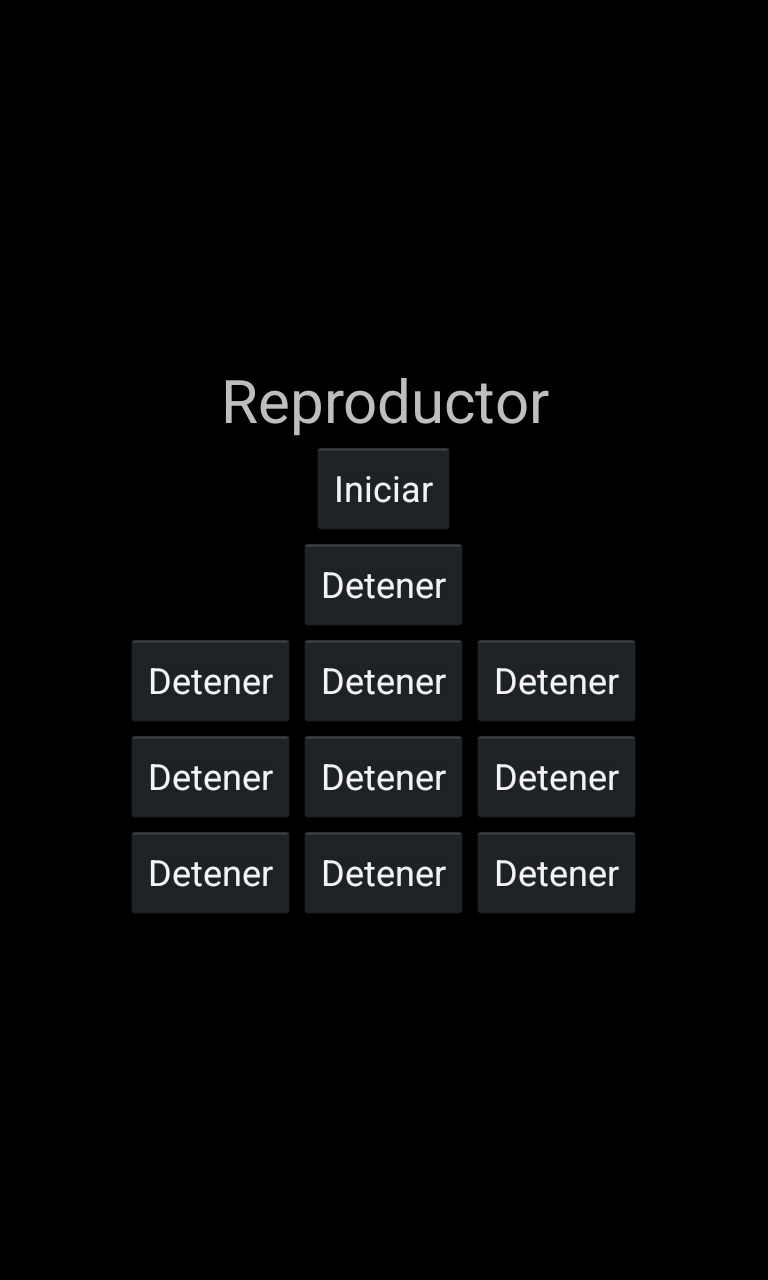
Repository: dorisserruto/un_exercises
Layout: javaandroid/Recursos/workspace-profe/lab13_player1/res/layout/main.xml
An editor plug-in stored every save of this project. The layout is shown before and after the next save, followed by the edit.
It is drawn on a 768 x 1280 px phone screen (xhdpi) without system bars, with theme android:Theme.Holo; the app's code is not run.

Above is the layout before, as saved 2012-06-24 16:52:56.

### javaandroid/Recursos/workspace-profe/lab13_player1/res/layout/main.xml
<?xml version="1.0" encoding="utf-8"?>
<LinearLayout xmlns:android="http://schemas.android.com/apk/res/android"
    android:layout_width="fill_parent"
    android:layout_height="fill_parent"
    android:gravity="center"
    android:orientation="vertical" >
    >


    <TextView
        android:layout_width="fill_parent"
        android:layout_height="wrap_content"
        android:gravity="center"
        android:text="Reproductor"
        android:textSize="30sp" />

    <Button
        android:id="@+id/btnStart"
        android:layout_width="wrap_content"
        android:layout_height="wrap_content"
        android:text="Iniciar" />

    <Button
        android:id="@+id/btnFinalizar"
        android:layout_width="wrap_content"
        android:layout_height="wrap_content"
        android:text="Detener" />

    <LinearLayout
        android:layout_width="wrap_content"
        android:layout_height="wrap_content"
        android:orientation="horizontal" >

        <Button
        android:id="@+id/btn1"
        android:layout_width="wrap_content"
        android:layout_height="wrap_content"
        android:text="Detener" />
        <Button
        android:id="@+id/btn2"
        android:layout_width="wrap_content"
        android:layout_height="wrap_content"
        android:text="Detener" />
        <Button
        android:id="@+id/btn3"
        android:layout_width="wrap_content"
        android:layout_height="wrap_content"
        android:text="Detener" />

    </LinearLayout>
    <LinearLayout
        android:layout_width="wrap_content"
        android:layout_height="wrap_content"
        android:orientation="horizontal" >

        <Button
        android:id="@+id/btn4"
        android:layout_width="wrap_content"
        android:layout_height="wrap_content"
        android:text="Detener" />
        <Button
        android:id="@+id/btn5"
        android:layout_width="wrap_content"
        android:layout_height="wrap_content"
        android:text="Detener" />
        <Button
        android:id="@+id/btn6"
        android:layout_width="wrap_content"
        android:layout_height="wrap_content"
        android:text="Detener" />

    </LinearLayout>
    <LinearLayout
        android:layout_width="wrap_content"
        android:layout_height="wrap_content"
        android:orientation="horizontal" >

        <Button
        android:id="@+id/btn7"
        android:layout_width="wrap_content"
        android:layout_height="wrap_content"
        android:text="Detener" />
        <Button
        android:id="@+id/btn8"
        android:layout_width="wrap_content"
        android:layout_height="wrap_content"
        android:text="Detener" />
        <Button
        android:id="@+id/btn9"
        android:layout_width="wrap_content"
        android:layout_height="wrap_content"
        android:text="Detener" />
    </LinearLayout>

</LinearLayout>

After the next save:
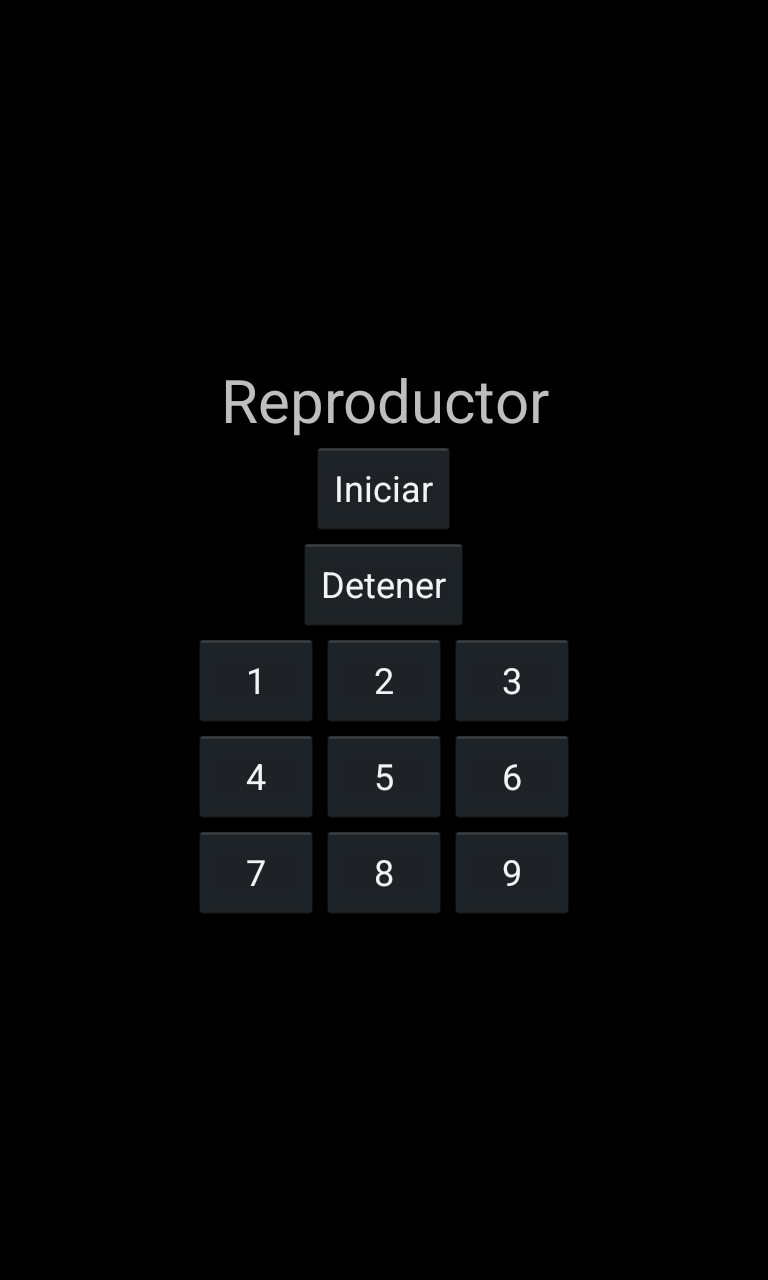
Saved 24 s later.
--- a/javaandroid/Recursos/workspace-profe/lab13_player1/res/layout/main.xml
+++ b/javaandroid/Recursos/workspace-profe/lab13_player1/res/layout/main.xml
@@ -35,17 +35,17 @@
         android:id="@+id/btn1"
         android:layout_width="wrap_content"
         android:layout_height="wrap_content"
-        android:text="Detener" />
+        android:text="1" />
         <Button
         android:id="@+id/btn2"
         android:layout_width="wrap_content"
         android:layout_height="wrap_content"
-        android:text="Detener" />
+        android:text="2" />
         <Button
         android:id="@+id/btn3"
         android:layout_width="wrap_content"
         android:layout_height="wrap_content"
-        android:text="Detener" />
+        android:text="3" />
 
     </LinearLayout>
     <LinearLayout
@@ -57,17 +57,17 @@
         android:id="@+id/btn4"
         android:layout_width="wrap_content"
         android:layout_height="wrap_content"
-        android:text="Detener" />
+        android:text="4" />
         <Button
         android:id="@+id/btn5"
         android:layout_width="wrap_content"
         android:layout_height="wrap_content"
-        android:text="Detener" />
+        android:text="5" />
         <Button
         android:id="@+id/btn6"
         android:layout_width="wrap_content"
         android:layout_height="wrap_content"
-        android:text="Detener" />
+        android:text="6" />
 
     </LinearLayout>
     <LinearLayout
@@ -79,17 +79,17 @@
         android:id="@+id/btn7"
         android:layout_width="wrap_content"
         android:layout_height="wrap_content"
-        android:text="Detener" />
+        android:text="7" />
         <Button
         android:id="@+id/btn8"
         android:layout_width="wrap_content"
         android:layout_height="wrap_content"
-        android:text="Detener" />
+        android:text="8" />
         <Button
         android:id="@+id/btn9"
         android:layout_width="wrap_content"
         android:layout_height="wrap_content"
-        android:text="Detener" />
+        android:text="9" />
     </LinearLayout>
 
 </LinearLayout>
